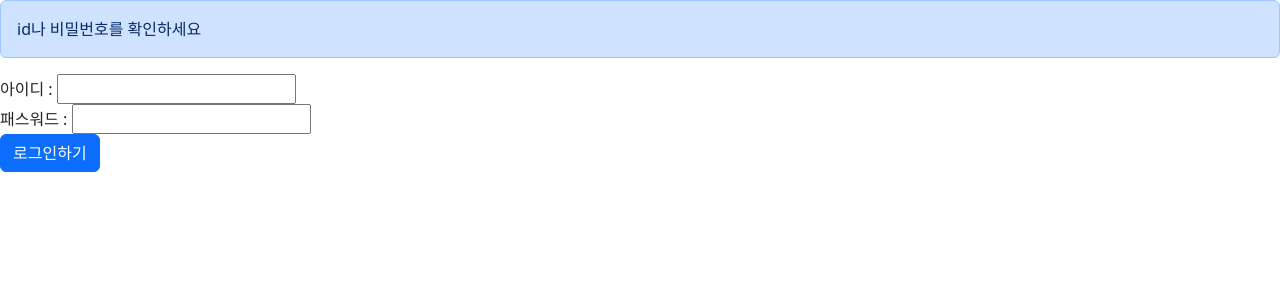
Repository: cheez0909/JSP
Page: http://localhost/1103/session/LoginProcess.jsp
These files come from the project's save history. The page is drawn as it stood at one moment and after the next save; the edit follows.
The browser window is 1280 px wide. The pictures show the whole page.
The page is served by Tomcat 9. Other server files are loaded and not shown. Queries for data that is not in the repository find no rows.

Above is the page before, as saved 2023-11-08 06:01:13.

### 1103/src/main/webapp/session/LoginProcess.jsp
<%@page import="com.momo.dto.memberDTO"%>
<%@page import="com.momo.dao.memberDAO"%>
<%@ page language="java" contentType="text/html; charset=UTF-8"
    pageEncoding="UTF-8"%>
<!DOCTYPE html>
<html>
<head>
<meta charset="UTF-8">
<title>Insert title here</title>
</head>
<body>
<%
	/*
		1. 사용자의 요청 파라메터 수집(id, pw)
		2. DB에 등록된 사용자인지 확인
			- user테이블 생성
			- 사용자 정보 등록
	*/
	String id = request.getParameter("user_id");
	String pw = request.getParameter("user_pw");

	memberDAO members = new memberDAO();
	memberDTO memberdto = members.login(id, pw);

	members.close();

	if(memberdto != null){
		// 로그인 성공 -> 메인 페이지
		// 세션에 저장
		session.setAttribute("memberDTO", memberdto);
		session.setAttribute("user_id", id);
		response.sendRedirect("loginMain.jsp");
	} else{
		// 로그인 페이지로 이동 후 메세지 출력
		request.getRequestDispatcher("loginForm.jsp?err=1").forward(request, response);
	}

%>


</body>
</html>

### 1103/src/main/webapp/session/loginForm.jsp
<%@ page language="java" contentType="text/html; charset=UTF-8"
    pageEncoding="UTF-8"%>
<!DOCTYPE html>
<html>
<head>
<meta charset="UTF-8">
<title>Insert title here</title>
 <link href="https://cdn.jsdelivr.net/npm/bootstrap@5.3.1/dist/css/bootstrap.min.css" rel="stylesheet" integrity="sha384-4bw+/aepP/YC94hEpVNVgiZdgIC5+VKNBQNGCHeKRQN+PtmoHDEXuppvnDJzQIu9" crossorigin="anonymous">
</head>
<body>

<%
	String err = request.getParameter("err");

	if("1".equals(request.getParameter("err"))){%>
	<div class="alert alert-primary" role="alert">id나 비밀번호를 확인하세요</div>
	<%}
	if(err!=null){
		err = request.getParameter("err");
	}
%>
	<form action="LoginProcess.jsp" method="post" name="loginFrm"
        onsubmit="return validateForm(this);">
        아이디 : <input type="text" name="user_id" required="required"/><br />
        패스워드 : <input type="password" name="user_pw" required="required"/><br />
        <button type="submit" class="btn btn-primary" value="로그인하기">로그인하기</button>
    </form>
     <script src="https://cdn.jsdelivr.net/npm/bootstrap@5.3.1/dist/js/bootstrap.bundle.min.js" integrity="sha384-HwwvtgBNo3bZJJLYd8oVXjrBZt8cqVSpeBNS5n7C8IVInixGAoxmnlMuBnhbgrkm" crossorigin="anonymous"></script>
</body>
</html>

### 1103/src/main/java/com/momo/DBConnectionPool.java
package com.momo;

import java.sql.Connection;
import java.sql.PreparedStatement;
import java.sql.ResultSet;
import java.sql.SQLException;
import java.sql.Statement;

import javax.naming.Context;
import javax.naming.InitialContext;
import javax.naming.NamingException;
import javax.sql.DataSource;



public class DBConnectionPool {
	public Connection con;
	public Statement stmtl;
	public PreparedStatement pstmt;
	public ResultSet rs;


	public DBConnectionPool(){
		try {
			// JNDI를 통해 커넥션풀 얻어오기
			Context initContext = new InitialContext();
			Context envContext  = (Context)initContext.lookup("java:/comp/env");
			DataSource ds = (DataSource)envContext.lookup("jdbc/myoracle");

			// 커넥션풀을 통해 연결 객체 얻기
			con = ds.getConnection();

		} catch (NamingException e) {
			System.out.println("==================DBConnectionPool NamingException");
			e.printStackTrace();
		}	catch (SQLException e) {
			System.out.println("==================DBConnectionPool SQLException");
			e.printStackTrace();
		}
	}

	// 자원 반납
	public void close() {
		try {
		if(rs!=null) rs.close();
		if(pstmt!=null) pstmt.close();
		if(stmtl!=null) stmtl.close();
		if(con!=null) con.close();
		} catch(Exception e) {
			System.out.println("자원반납 중 예외가 발생하였습니다.");
			e.printStackTrace();
		}

	}

}

### 1103/src/main/java/com/momo/dao/memberDAO.java
package com.momo.dao;

import java.sql.SQLException;

import com.momo.DBConnectionPool;
import com.momo.dto.memberDTO;

public class memberDAO extends DBConnectionPool{

	//public memberDTO login(memberDTO member)
	public memberDTO login(String id, String pw) {
		try {
			memberDTO members = new memberDTO();


			String sql = "select *\r\n"
					+ "from member\r\n"
					+ "where id= ? and pass= ? ";

			pstmt = con.prepareStatement(sql);

			pstmt.setString(1, id);
			pstmt.setString(2, pw);

			rs = pstmt.executeQuery();

			//while(rs.next()) {
			//	for(int i=1; i<=rs.getMetaData().getColumnCount(); i++) {
			//		rs.getString(i);
			//	}
			//}

			if(rs.next()) {
				members.setId(rs.getString("ID"));
				members.setPass(rs.getString("PASS"));
				members.setName(rs.getString("NAME"));
				members.setRegidate(rs.getString("REGIDATE"));
				return members;
			} else {
				return null;
			}


		} catch (SQLException e) {
			e.printStackTrace();
			return null;
		}
	}
}

### 1103/src/main/java/com/momo/dto/memberDTO.java
package com.momo.dto;

public class memberDTO {

	public String id;
	public String pass;
	public String name;
	public String regidate;

	public String getId() {
		return id;
	}
	public void setId(String id) {
		this.id = id;
	}
	public String getPass() {
		return pass;
	}
	public void setPass(String pass) {
		this.pass = pass;
	}
	public String getName() {
		return name;
	}
	public void setName(String name) {
		this.name = name;
	}
	public String getRegidate() {
		return regidate;
	}
	public void setRegidate(String regidate) {
		this.regidate = regidate;
	}



}

After the next save:
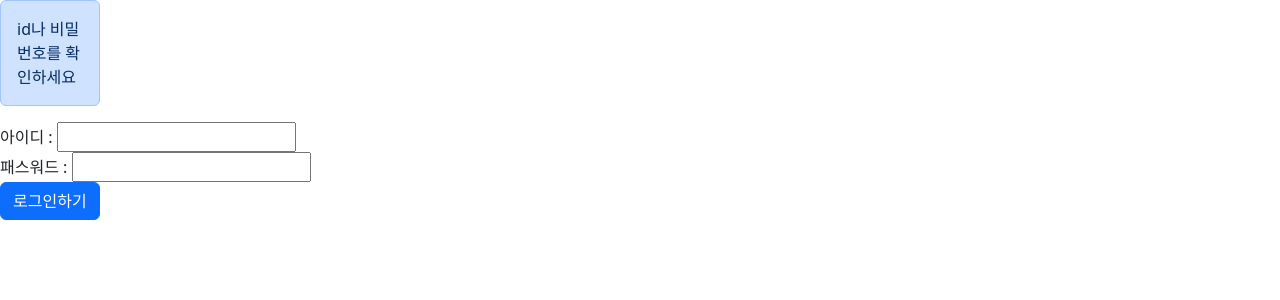
Saved 39 s later.
--- a/1103/src/main/webapp/session/loginForm.jsp
+++ b/1103/src/main/webapp/session/loginForm.jsp
@@ -7,6 +7,12 @@
 <title>Insert title here</title>
  <link href="https://cdn.jsdelivr.net/npm/bootstrap@5.3.1/dist/css/bootstrap.min.css" rel="stylesheet" integrity="sha384-4bw+/aepP/YC94hEpVNVgiZdgIC5+VKNBQNGCHeKRQN+PtmoHDEXuppvnDJzQIu9" crossorigin="anonymous">
 </head>
+<style>
+.alert{
+	width : 100px;
+}
+
+</style>
 <body>
 
 <%
